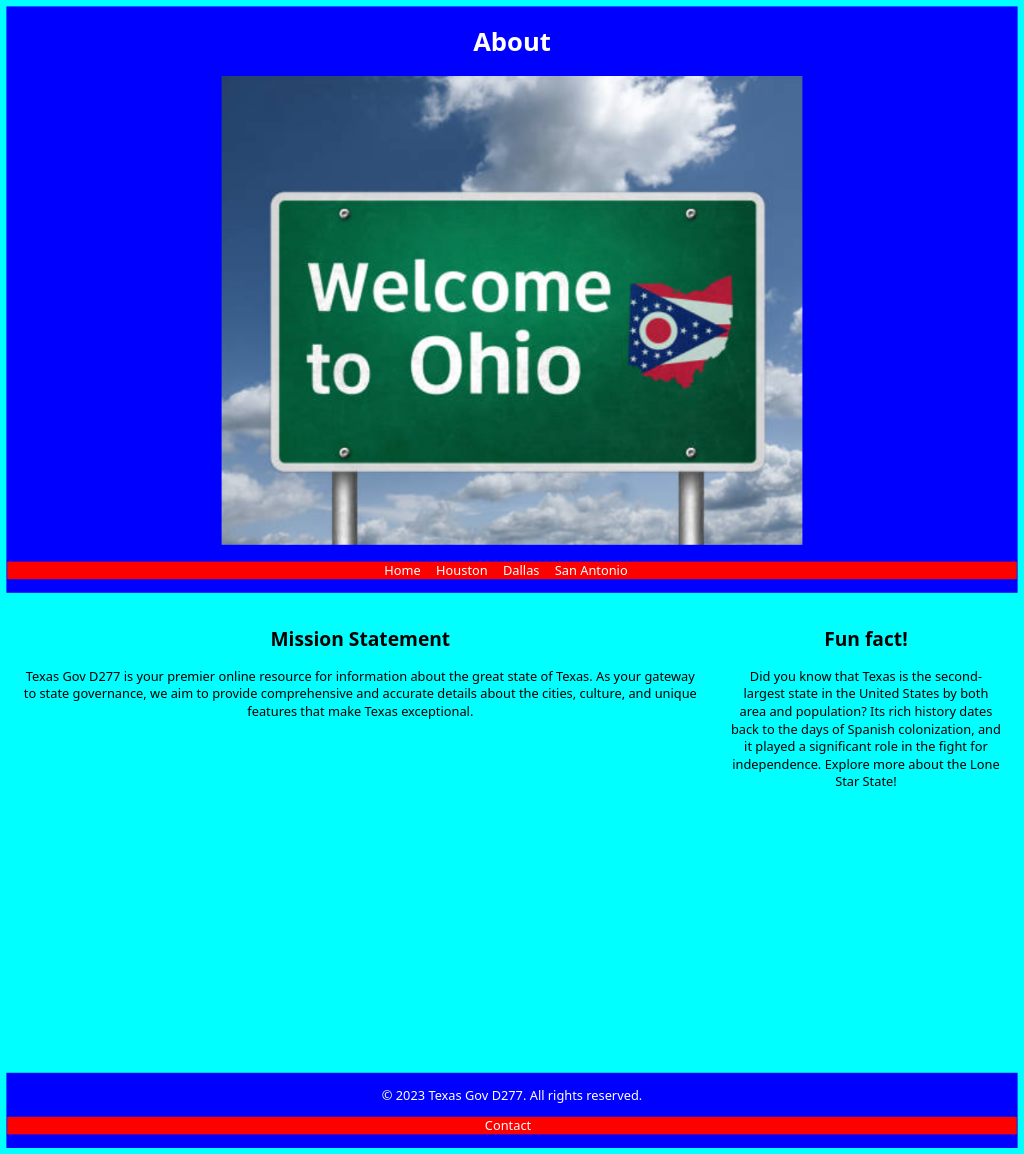
Repository: MikeeBuilds/FEWD-task1
Page: about.html
The author's editor kept a copy of each file at every save. The page is drawn from the files as they stood at one save, then again after the next save.
The browser window is 1280 px wide. The pictures show the whole page, at 80% of full size.

Above is the page before, as saved 2024-07-02 16:42:10.

After the next save:
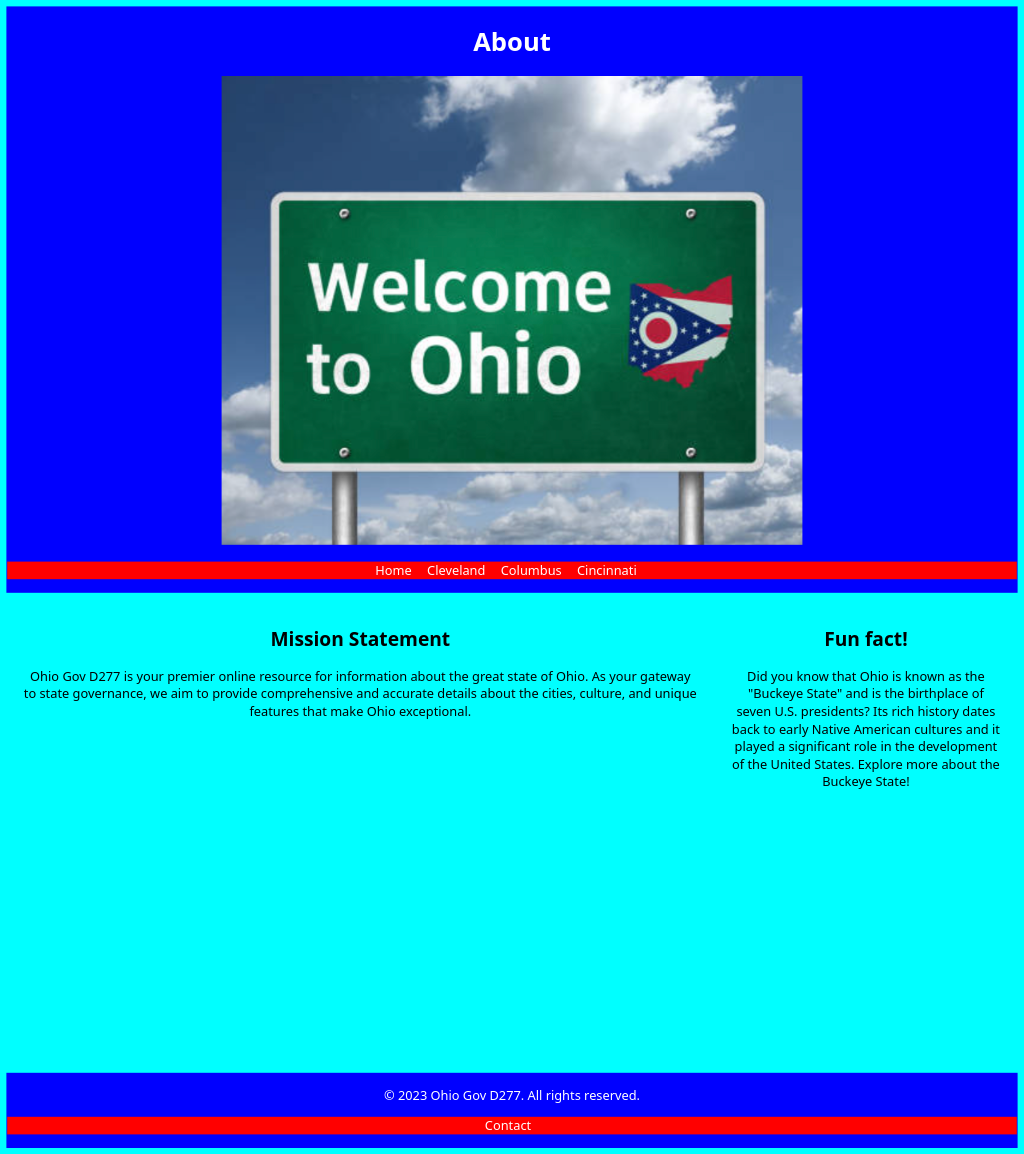
Saved 2 min 1 s later.
--- a/about.html
+++ b/about.html
@@ -14,9 +14,9 @@
         <nav>
             <ul>
                 <li><a href="index.html">Home</a></li>
-                <li><a href="houston.html">Houston</a></li>
-                <li><a href="dallas.html">Dallas</a></li>
-                <li><a href="san-antonio.html">San Antonio</a></li>
+                <li><a href="cleveland.html">Cleveland</a></li>
+                <li><a href="columbus.html">Columbus</a></li>
+                <li><a href="cincinnati.html">Cincinnati</a></li>
             </ul>
         </nav>
     </header>
@@ -24,26 +24,23 @@
     <section>
         <h2>Mission Statement</h2>
         <p>
-            Texas Gov D277 is your premier online resource for information about the great state of Texas. As your
+            Ohio Gov D277 is your premier online resource for information about the great state of Ohio. As your
             gateway to state governance, we aim to provide comprehensive and accurate details about the cities, culture,
-            and unique features that make Texas exceptional.
+            and unique features that make Ohio exceptional.
         </p>
     </section>
 
     <aside>
         <h2>Fun fact!</h2>
         <p>
-            Did you know that Texas is the second-largest state in
-            the United States by both area and population? Its rich
-            history dates back to the days of Spanish colonization,
-            and it played a significant role in the fight for
-            independence. Explore more about the Lone Star State!
+            Did you know that Ohio is known as the "Buckeye State" and is the birthplace of seven U.S. presidents? Its rich
+            history dates back to early Native American cultures and it played a significant role in the development of the
+            United States. Explore more about the Buckeye State!
         </p>
     </aside>
 
-
     <footer>
-        <p>&copy; 2023 Texas Gov D277. All rights reserved.</p>
+        <p>&copy; 2023 Ohio Gov D277. All rights reserved.</p>
         <nav>
             <ul>
                 <li><a href="contact.html">Contact</a></li>
